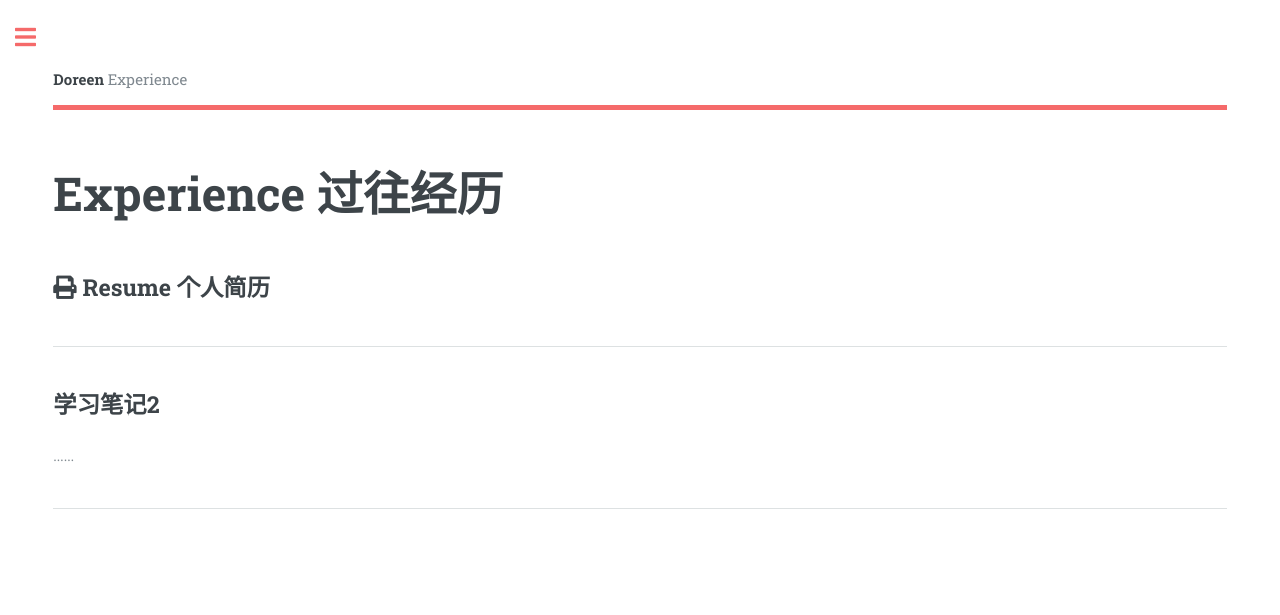
Repository: Hpz3859/Hpz3859.github.io
Page: experience.html
An editor plug-in stored every save of this project. The page is shown before and after the next save, followed by the edit.
The browser window is 1280 px wide. The pictures show the whole page.

Above is the page before, as saved 2025-03-19 14:42:26.

After the next save:
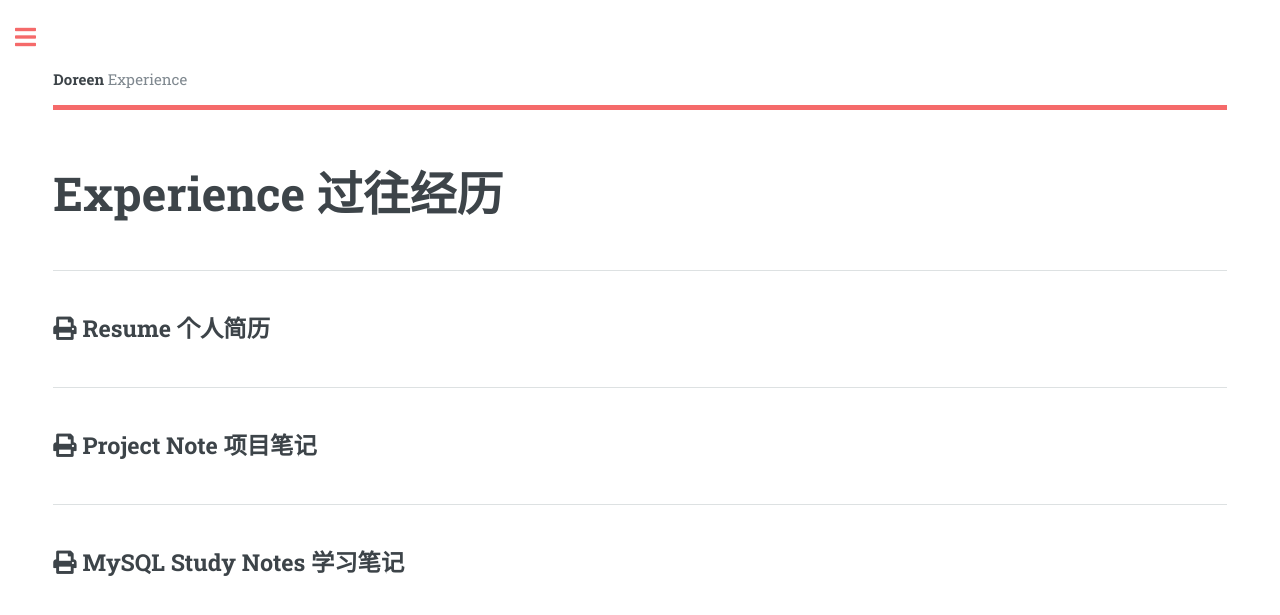
Saved 2 min 23 s later.
--- a/experience.html
+++ b/experience.html
@@ -40,6 +40,8 @@
 										<h1>Experience 过往经历</h1>
 									</header>
 										<!-- Content -->
+										<hr class="major" />
+
 										<div class="content">
 											<h2>
 												<span class="icon solid fa-print"></span>
@@ -53,10 +55,20 @@
 										<hr class="major" />
 
 										<div class="content">
-											<h2><a href="#" class="logo">学习笔记2</a></h2>
-											<p>……</p>
+											<h2>
+												<span class="icon solid fa-print"></span>
+												<a href="resume.html" class="logo">Project Note 项目笔记</a>
+											</h2>
 										</div>
+
 										<hr class="major" />
+
+										<div class="content">
+											<h2>
+												<span class="icon solid fa-print"></span>
+												<a href="resume.html" class="logo">MySQL Study Notes 学习笔记</a>
+											</h2>
+										</div>
 
 
 								</section>
